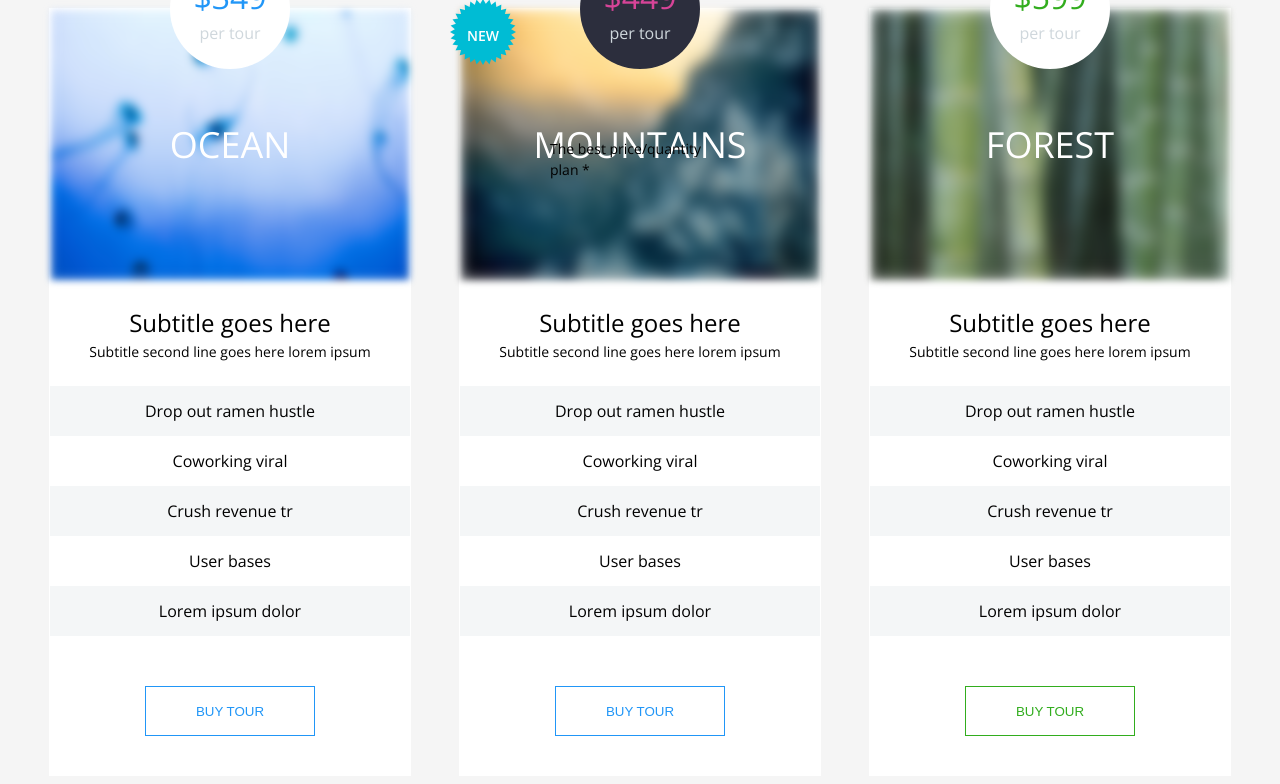
Repository: HoanTiny/pricetable
Page: index.html
An editor plug-in stored every save of this project. The page is shown before and after the next save, followed by the edit.
The browser window is 1280 px wide. The pictures show the whole page.
Some web fonts or font styles are not loaded; a fallback is used.

Above is the page before, as saved 2022-07-04 11:27:59.

### index.html
<!DOCTYPE html>
<html lang="en">
    <head>
        <meta charset="UTF-8" />
        <meta http-equiv="X-UA-Compatible" content="IE=edge" />
        <meta name="viewport" content="width=device-width, initial-scale=1.0" />
        <title>PriceTable</title>
        <link rel="stylesheet" href="./assests/css/style.css" />
        <link
            href="https://fonts.googleapis.com/css2?family=Gochi+Hand&family=IBM+Plex+Sans:wght@200;300;400;500;600;700&family=Open+Sans:wght@300;400;500;600&family=Orbitron:wght@400;500;600;700;800;900&family=Roboto:wght@100;300;400;500;700&display=swap"
            rel="stylesheet"
        />
    </head>
    <body>
        <div class="container">
            <div class="price-table">
                <div class="img">
                    <img src="./assests/img/ocean.png" alt="logo" />
                    <span>Ocean</span>
                </div>
                <div class="title">
                    <div class="title_header">
                        <p>Subtitle goes here</p>
                        <span>Subtitle second line goes here lorem ipsum</span>
                    </div>
                    <div class="title_list">
                        <ul>
                            <li>Drop out ramen hustle</li>
                            <li>Coworking viral</li>
                            <li>Crush revenue tr</li>
                            <li>User bases</li>
                            <li>Lorem ipsum dolor</li>
                        </ul>
                    </div>
                    <div class="title_btn">
                        <button type="">Buy Tour</button>
                    </div>
                    <div class="price">
                        <p>$349</p>
                        <span>per tour</span>
                    </div>
                </div>
            </div>
            <div class="price-table">
                <div class="img">
                    <img src="./assests/img/mountain.png" alt="logo" />

                    <span>Mountains</span>
                    <p>The best price/quantity plan *</p>
                </div>
                <div class="title">
                    <div class="title_header">
                        <p>Subtitle goes here</p>
                        <span>Subtitle second line goes here lorem ipsum</span>
                    </div>
                    <div class="title_list">
                        <ul>
                            <li>Drop out ramen hustle</li>
                            <li>Coworking viral</li>
                            <li>Crush revenue tr</li>
                            <li>User bases</li>
                            <li>Lorem ipsum dolor</li>
                        </ul>
                    </div>
                    <div class="title_btn">
                        <button type="">Buy Tour</button>
                    </div>
                    <div class="price mountain">
                        <p>$449</p>
                        <span>per tour</span>
                    </div>
                    <div class="mark">
                        <img src="./assests/img/newmark.png" alt="logo" />
                        <span>New</span>
                    </div>
                </div>
            </div>
            <div class="price-table">
                <div class="img">
                    <img src="./assests/img/forest.png" alt="logo" />
                    <span>forest</span>
                </div>
                <div class="title">
                    <div class="title_header">
                        <p>Subtitle goes here</p>
                        <span>Subtitle second line goes here lorem ipsum</span>
                    </div>
                    <div class="title_list">
                        <ul>
                            <li>Drop out ramen hustle</li>
                            <li>Coworking viral</li>
                            <li>Crush revenue tr</li>
                            <li>User bases</li>
                            <li>Lorem ipsum dolor</li>
                        </ul>
                    </div>
                    <div class="title_btn forest">
                        <button type="">Buy Tour</button>
                    </div>
                    <div class="price forest">
                        <p>$599</p>
                        <span>per tour</span>
                    </div>
                </div>
            </div>
        </div>
    </body>
</html>

### assests/css/style.css
body {
    background-color: #f5f5f5;
    font-family: "Open Sans", sans-serif;
    font-weight: 100;
    font-size: 14px;
    line-height: 1.5;
    min-height: 100vh;
    display: flex;
    justify-content: center;
    align-items: center;
}

* {
    box-sizing: border-box;
}

.container {
    display: flex;
}

.price-table {
    width: 362px;
    height: 768px;
    background-color: #fff;
    position: relative;
    margin: 0 24px;
    border: 1px solid #fff;
}

.img {
    position: relative;
    height: 272px;
    width: 100%;
}

.img span {
    position: absolute;
    top: 50%;
    left: 50%;
    transform: translate(-50%, -50%);
    font-size: 36px;
    text-transform: uppercase;
    color: #fff;
}

.img p {
    position: absolute;
    top: 50%;
    left: 50%;
    transform: translate(-50%, -50%);
}

/* .img .text {
    position: absolute;
    top: 50%;
    left: 50%;
    transform: translate(-50%, -50%);
    display: flex;
    flex-direction: column;
} */

.img img {
    /* opacity: 0.8; */
    filter: blur(3px);
    -webkit-filter: blur(3px);
}

img {
    width: 100%;
    height: 100%;
}

.title_header {
    text-align: center;
    margin: 24px 0;
}

.title_header p {
    font-size: 24px;
    margin: 0;
}

.title_header span {
    font-size: 14px;
}

.title_list ul {
    text-align: center;
    padding-left: 0;
    list-style: none;
}

.title_list ul li {
    font-size: 16px;
    height: 50px;
    line-height: 50px;
}

.title_list ul li:nth-child(odd) {
    background-color: #f4f6f7;
}

.title_btn {
    margin-top: 50px;
    text-align: center;
}

.title_btn button {
    width: 170px;
    height: 50px;
    border: 1px solid #2196f7;
    background-color: #fff;
    text-transform: uppercase;
    color: #2196f7;
    cursor: pointer;
}

.title_btn.forest button {
    border: 1px solid #32ad1e;
    color: #32ad1e;
}

.title_btn button:hover {
    background-color: #6c136f;
    color: #fff;
}

.price {
    position: absolute;
    top: -60px;
    left: 120px;
    /* transform: translate(-50%, -50%); */
    width: 120px;
    height: 120px;
    border-radius: 50%;
    background-color: #fff;
    display: flex;
    justify-content: center;
    align-items: center;
    text-align: center;
    display: flex;
    flex-direction: column;
}

.price p {
    font-size: 32px;
    color: #2196f7;
    margin: 0;
}

.price span {
    font-size: 16px;
    color: #cfd7dc;
}

.price.mountain {
    background-color: #2c2e3d;
}

.price.mountain p {
    color: #d74498;
}

.price.forest p {
    color: #32ad1e;
}

.mark {
    position: absolute;
    top: -10px;
    left: -10px;
}

.mark img {
    position: relative;
}

.mark span {
    position: absolute;
    top: 50%;
    left: 50%;
    transform: translate(-50%, -50%);
    color: #fff;
    text-transform: uppercase;
    font-weight: bold;
}

After the next save:
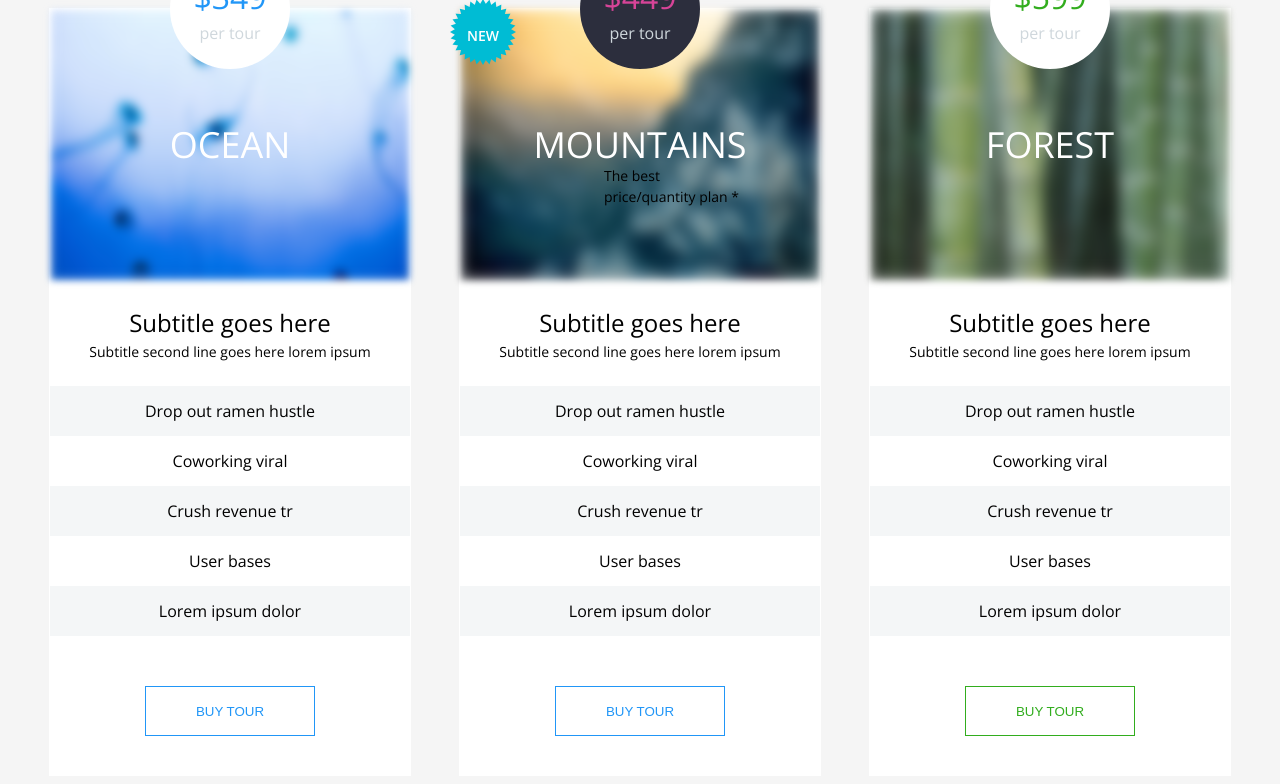
Saved 10 s later.
--- a/assests/css/style.css
+++ b/assests/css/style.css
@@ -45,8 +45,8 @@ body {
 
 .img p {
     position: absolute;
-    top: 50%;
-    left: 50%;
+    top: 60%;
+    left: 60%;
     transform: translate(-50%, -50%);
 }
 
